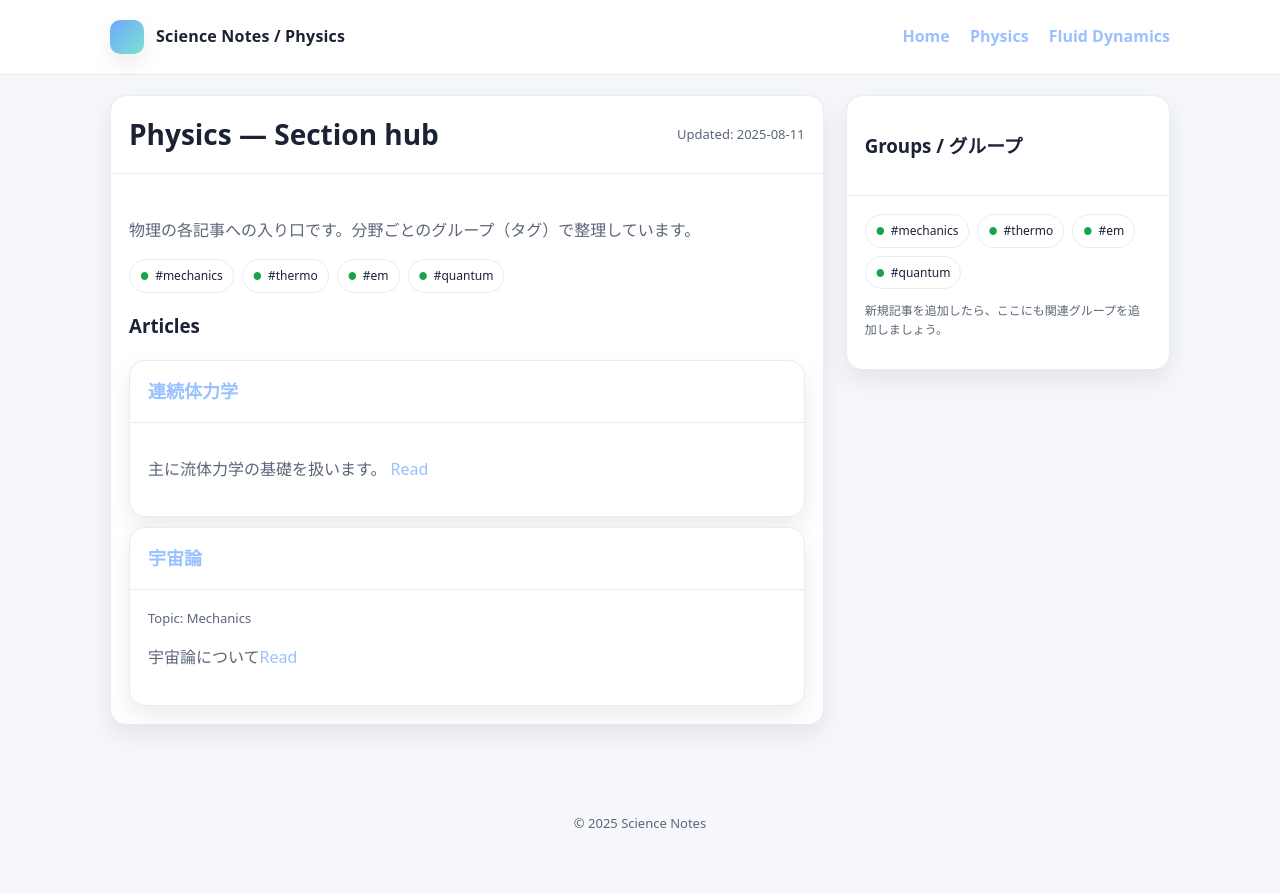
Repository: Riki-Mochimaru/tureduretunedune
Page: physics/index.html
An editor plug-in stored every save of this project. The page is shown before and after the next save, followed by the edit.
The browser window is 1280 px wide. The pictures show the whole page.

Above is the page before, as saved 2025-08-11 20:21:16.

### physics/index.html
<!-- ===============================
     FILE 1: physics/index.html — Physics section hub
     Save this as: /physics/index.html
     (American English in code comments; British English in visible prose.)
================================== -->
<!DOCTYPE html>
<html lang="ja">
<head>
  <meta charset="utf-8" />
  <meta name="viewport" content="width=device-width, initial-scale=1" />
  <title>Physics — Science Notes</title>
  <link rel="stylesheet" href="../assets/styles.css"><!-- shared CSS -->
</head>
<body>
  <header class="site">
    <div class="shell row">
      <div class="brand"><div class="brand-badge"></div><div>Science Notes / Physics</div></div>
      <nav>
        <a href="../">Home</a>
        <a href="./">Physics</a>
        <a href="FluidDynamics/">Fluid Dynamics</a>
      </nav>
    </div>
  </header>

  <main class="shell">
    <section class="grid" aria-label="Physics articles and sidebar">
      <div>
        <article class="card post">
          <div class="hd">
            <h2>Physics — Section hub</h2>
            <div class="meta"><span>Updated: <time datetime="2025-08-11">2025‑08‑11</time></span></div>
          </div>
          <div class="bd">
            <p class="lead">物理の各記事への入り口です。分野ごとのグループ（タグ）で整理しています。</p>
            <div class="tags">
              <span class="tag" data-g="phys">#mechanics</span>
              <span class="tag" data-g="phys">#thermo</span>
              <span class="tag" data-g="phys">#em</span>
              <span class="tag" data-g="phys">#quantum</span>
            </div>

            <!-- Article list (add more <article> blocks or <li> items) -->
            <h3>Articles</h3>
            <div class="list">
              <article class="card">
                <div class="hd"><h2 style="font-size:18px; margin:0;">
                  <a href="FluidDynamics/">連続体力学</a>
                </h2></div>
                <div class="bd">
                  <!-- <div class="meta"><span>Topic: Fluid Dynamics</span></div> -->
                  <p class="lead">主に流体力学の基礎を扱います。
                    <a href="FluidDynamics/">Read</a></p>
                  <!-- <div class="tags"><span class="tag" data-g="phys">#thermo</span><span class="tag" data-g="stats">#statmech</span></div> -->
                </div>
              </article>

              <article class="card">
                <div class="hd"><h2 style="font-size:18px; margin:0;">
                  <a href="Cosmology/">宇宙論</a>
                </h2></div>
                <div class="bd">
                  <div class="meta"><span>Topic: Mechanics</span></div>
                  <p class="lead">宇宙論について<a href="Cosmology/">Read</a></p>
                  <!-- <div class="tags"><span class="tag" data-g="phys">#mechanics</span></div> -->
                </div>
              </article>
            </div>
          </div>
        </article>
      </div>

      <aside class="aside">
        <section class="card">
          <div class="hd"><h3>Groups / グループ</h3></div>
          <div class="bd">
            <div class="tags">
              <span class="tag" data-g="phys">#mechanics</span>
              <span class="tag" data-g="phys">#thermo</span>
              <span class="tag" data-g="phys">#em</span>
              <span class="tag" data-g="phys">#quantum</span>
            </div>
            <p class="hint">新規記事を追加したら、ここにも関連グループを追加しましょう。</p>
          </div>
        </section>
      </aside>
    </section>
  </main>

  <footer class="site"><div class="shell">© 2025 Science Notes</div></footer>

  <!-- MathJax (enable TeX rendering if you use TeX on this page) -->
  <script>
    window.MathJax = { tex: { inlineMath: [['$','$'], ['\\(','\\)']], displayMath: [['$$','$$'], ['\\[','\\]']] }, options: { renderActions: { addMenu: [] } } };
  </script>
  <script src="https://cdn.jsdelivr.net/npm/mathjax@3/es5/tex-mml-chtml.js" async></script>
</body>
</html>

### assets/styles.css
/* styles.css — Science Notes
   House style: British English prose; American English in code comments.
*/

/* =========================
   Design tokens
   ========================= */
   :root {
    --bg: #0b0c10;
    --surface: #0f1117;
    --card: #121520;
    --text: #e8ecf8;
    --subtle: #9aa3b2;
    --border: #1e2636;
    --brand: #6ea8fe;
    --accent: #7de2d1;
    --warn: #ffd166;
    --danger: #ff6b6b;
    --radius: 16px;
    --shadow: 0 10px 24px rgba(0,0,0,.35), 0 1px 0 rgba(255,255,255,.04) inset;
    --font-sans: ui-sans-serif, system-ui, -apple-system, Segoe UI, Roboto, Noto Sans JP, "Helvetica Neue", Arial;
    --font-mono: ui-monospace, SFMono-Regular, Menlo, Monaco, Consolas, "Liberation Mono", monospace;
  }
  @media (prefers-color-scheme: light) {
    :root {
      --bg: #f6f7fb; --surface: #ffffff; --card: #ffffff; --text: #1b2235; --subtle: #5b6578; --border: #e7ecf4;
      --shadow: 0 10px 24px rgba(0,0,0,.08);
    }
  }

  /* Base */
  *, *::before, *::after { box-sizing: border-box; }
  html, body { height: 100%; }
  body { margin: 0; font-family: var(--font-sans); background: var(--bg); color: var(--text); line-height: 1.6; }
  /* Accessible link look */
  a { color: #9ac1ff; text-decoration: none; }
  a:hover { text-decoration: underline; }

  /* Header */
  header.site { position: sticky; top: 0; z-index: 10; background: color-mix(in oklab, var(--surface) 92%, transparent); border-bottom: 1px solid var(--border); backdrop-filter: blur(6px); }
  .shell { max-width: 1100px; margin: 0 auto; padding: 20px; }
  .row { display: grid; grid-template-columns: 1fr auto; align-items: center; gap: 16px; }
  .brand { display: flex; align-items: center; gap: 12px; font-weight: 800; letter-spacing: .2px; }
  .brand-badge { width: 34px; height: 34px; border-radius: 10px; background: linear-gradient(135deg, var(--brand), var(--accent)); box-shadow: var(--shadow); }
  nav a { margin-left: 16px; font-weight: 600; }

  /* Layout */
  main { padding-top: 10px; }
  .grid { display: grid; grid-template-columns: 2.2fr 1fr; gap: 22px; align-items: start; }
  @media (max-width: 980px) { .grid { grid-template-columns: 1fr; } }

  /* Cards */
  .card { background: var(--card); border: 1px solid var(--border); border-radius: var(--radius); box-shadow: var(--shadow); overflow: clip; }
  .card .hd { padding: 16px 18px; border-bottom: 1px solid var(--border); display:flex; align-items:center; justify-content: space-between; }
  .card .bd { padding: 18px; }

  /* Tag/Group chips */
  .tags { display:flex; flex-wrap: wrap; gap: 8px; }
  .tag { --c: #334155; color: var(--text); font-size: 12px; padding: 6px 10px; border: 1px solid var(--border); border-radius: 999px; background: color-mix(in oklab, var(--card) 88%, transparent); }
  .tag[data-g="math"]   { --c: #2563eb; }
  .tag[data-g="phys"]   { --c: #16a34a; }
  .tag[data-g="cs"]     { --c: #a855f7; }
  .tag[data-g="stats"]  { --c: #eab308; }
  .tag[data-g="ethics"] { --c: #ef4444; }
  .tag::before { content: "●"; font-size: 10px; margin-right: 6px; color: var(--c); }

  /* Article */
  article.post { display: grid; gap: 10px; }
  article.post h2 { margin: 0; font-size: clamp(20px, 2.6vw, 28px); }
  .meta { color: var(--subtle); font-size: 13px; display:flex; gap: 12px; flex-wrap: wrap; }
  .lead { color: var(--subtle); }

  /* Math blocks (TeX text before JS render) */
  .math { font-family: var(--font-mono); background: color-mix(in oklab, var(--card) 90%, transparent); border: 1px dashed var(--border); border-radius: 10px; padding: 10px 12px; overflow:auto; }
  .eqno { float: right; color: var(--subtle); margin-left: 8px; }

  /* Comment UI (static) */
  .comments { margin-top: 8px; border-top: 1px dashed var(--border); padding-top: 10px; }
  .comment { display: grid; grid-template-columns: 40px 1fr; gap: 10px; padding: 12px 0; }
  .comment + .comment { border-top: 1px dashed var(--border); }
  .avatar { width: 40px; height: 40px; border-radius: 50%; background: linear-gradient(135deg, var(--brand), var(--accent)); display:grid; place-items:center; font-weight: 800; color: #0008; }
  .who { font-weight: 700; }
  .when { color: var(--subtle); font-size: 12px; }

  /* Simple form look (non-functional without JS/backend) */
  .form { display: grid; gap: 10px; background: color-mix(in oklab, var(--card) 90%, transparent); border: 1px solid var(--border); border-radius: 12px; padding: 12px; }
  .input, .textarea { width: 100%; padding: 10px 12px; border-radius: 10px; border: 1px solid var(--border); background: var(--surface); color: var(--text); outline: none; }
  .input:focus, .textarea:focus { box-shadow: 0 0 0 6px #2a5fff33; }
  .btn { display: inline-flex; align-items: center; justify-content: center; gap: 8px; padding: 10px 14px; font-weight: 700; border-radius: 10px; border: 1px solid var(--border); background: linear-gradient(180deg, var(--brand), #4d86f7); color: #fff; cursor: not-allowed; opacity: .8; }
  .hint { font-size: 12px; color: var(--subtle); }

  /* Aside */
  .aside .card + .card { margin-top: 18px; }
  .list { display: grid; gap: 10px; }

  /* Footer */
  footer.site { margin-top: 28px; color: var(--subtle); font-size: 13px; text-align: center; padding: 20px 0 40px; }

  /* Print */
  @media print {
    header.site, footer.site { display:none; }
    .card { box-shadow: none; border-color: #ccc; }
    a { color: #000; text-decoration: none; }
  }

After the next save:
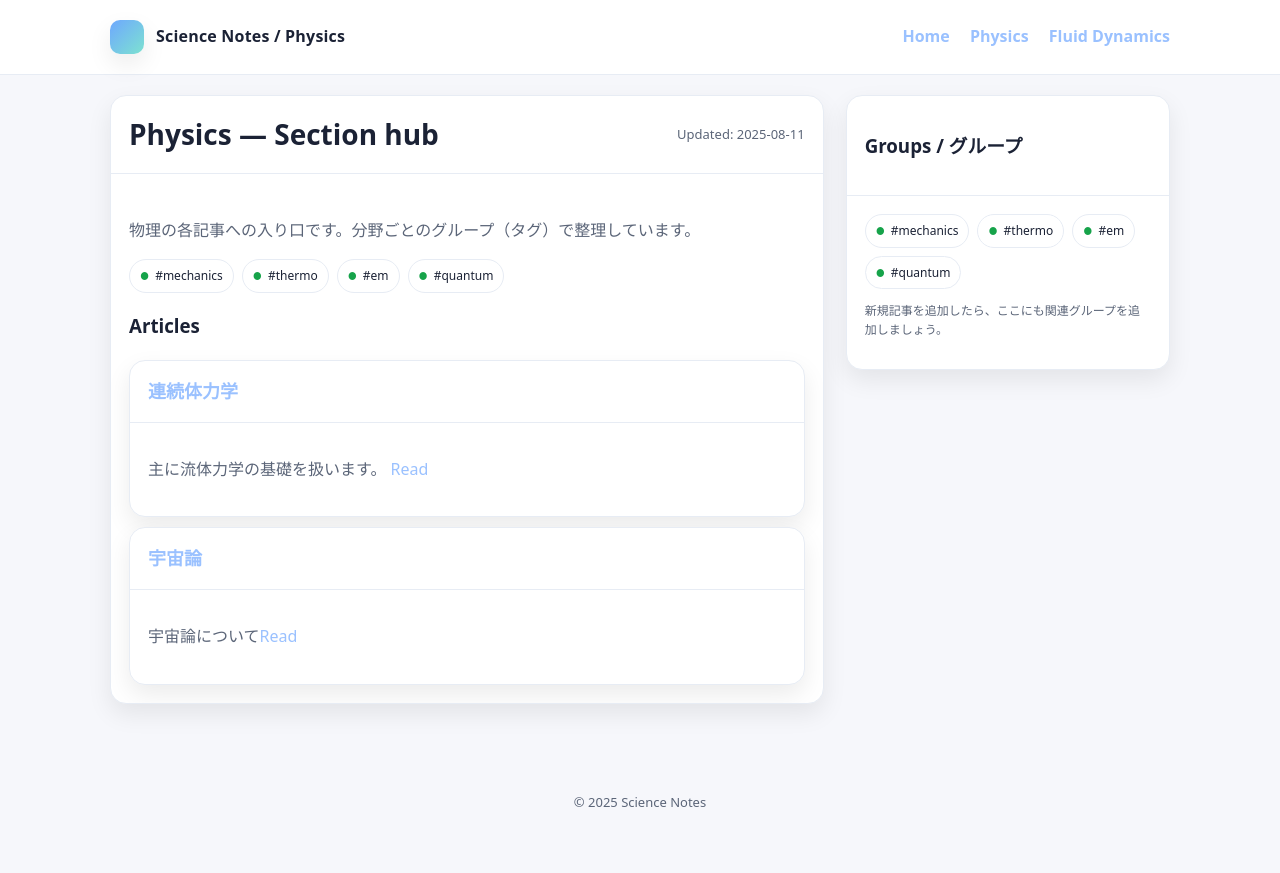
Saved 4 s later.
--- a/physics/index.html
+++ b/physics/index.html
@@ -60,7 +60,7 @@
                   <a href="Cosmology/">宇宙論</a>
                 </h2></div>
                 <div class="bd">
-                  <div class="meta"><span>Topic: Mechanics</span></div>
+                  <!-- <div class="meta"><span>Topic: Mechanics</span></div> -->
                   <p class="lead">宇宙論について<a href="Cosmology/">Read</a></p>
                   <!-- <div class="tags"><span class="tag" data-g="phys">#mechanics</span></div> -->
                 </div>
